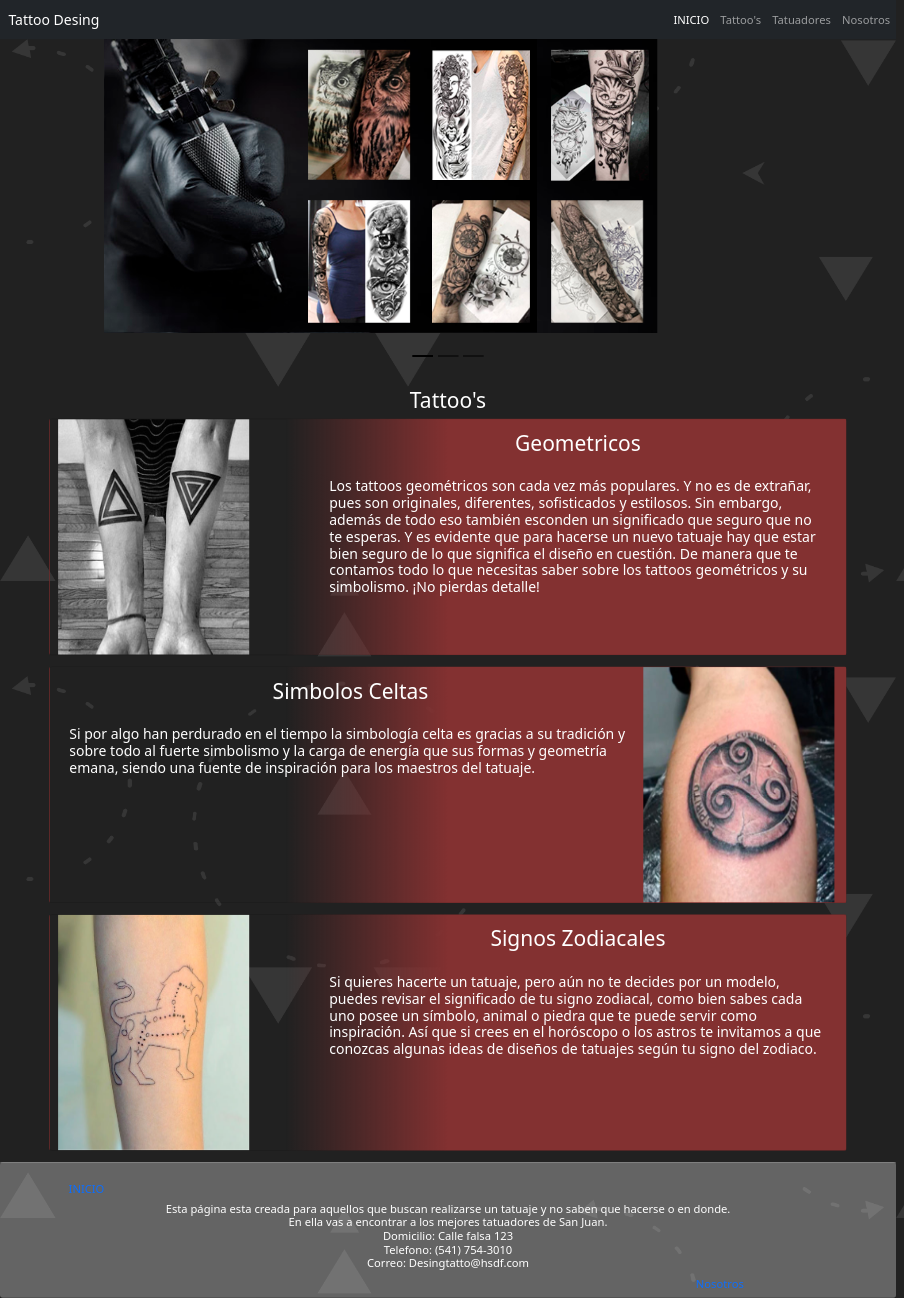
Repository: Vladimir-22/TatooDesign
Page: index.html
An editor plug-in stored every save of this project. The page is shown before and after the next save, followed by the edit.
The browser window is 1280 px wide. The page is 1292 px wide, so the pictures cover 1292 px, including what lies to the right of the window. The pictures show the whole page, at 70% of full size.
Some web libraries are served in a nearby version.

Above is the page before, as saved 2021-05-19 23:06:16.

### index.html
<!DOCTYPE html>
<html lang="es">
  <head>
    <meta charset="UTF-8" />
    <meta http-equiv="X-UA-Compatible" content="IE=edge" />
    <meta name="viewport" content="width=device-width, initial-scale=1.0" />
    <link
      href="https://cdn.jsdelivr.net/npm/bootstrap@5.0.0-beta3/dist/css/bootstrap.min.css"
      rel="stylesheet"
      integrity="sha384-eOJMYsd53ii+scO/bJGFsiCZc+5NDVN2yr8+0RDqr0Ql0h+rP48ckxlpbzKgwra6"
      crossorigin="anonymous"
    />
    <script
      src="https://cdn.jsdelivr.net/npm/bootstrap@5.0.0-beta3/dist/js/bootstrap.bundle.min.js"
      integrity="sha384-JEW9xMcG8R+pH31jmWH6WWP0WintQrMb4s7ZOdauHnUtxwoG2vI5DkLtS3qm9Ekf"
      crossorigin="anonymous"
    ></script>
    <script
      src="https://cdn.jsdelivr.net/npm/bootstrap@5.0.0-beta3/dist/js/bootstrap.bundle.min.js"
      integrity="sha384-JEW9xMcG8R+pH31jmWH6WWP0WintQrMb4s7ZOdauHnUtxwoG2vI5DkLtS3qm9Ekf"
      crossorigin="anonymous"
    ></script>
    <script
      src="https://cdn.jsdelivr.net/npm/@popperjs/core@2.9.1/dist/umd/popper.min.js"
      integrity="sha384-SR1sx49pcuLnqZUnnPwx6FCym0wLsk5JZuNx2bPPENzswTNFaQU1RDvt3wT4gWFG"
      crossorigin="anonymous"
    ></script>
    <script
      src="https://cdn.jsdelivr.net/npm/bootstrap@5.0.0-beta3/dist/js/bootstrap.min.js"
      integrity="sha384-j0CNLUeiqtyaRmlzUHCPZ+Gy5fQu0dQ6eZ/xAww941Ai1SxSY+0EQqNXNE6DZiVc"
      crossorigin="anonymous"
    ></script>
    <link
      rel="stylesheet"
      href="https://use.fontawesome.com/releases/v5.8.1/css/all.css"
      integrity="sha384-50oBUHEmvpQ+1lW4y57PTFmhCaXp0ML5d60M1M7uH2+nqUivzIebhndOJK28anvf"
      crossorigin="anonymous"
    />
    <link rel="stylesheet" href="css/styles.css" />
    <title>Tattoo Desing</title>
  </head>

  <body>
    <nav class="navbar navbar-expand-lg navbar-dark bg-dark">
      <div class="container-fluid">
        <!-- <i class="fas fa-bars"></i> -->

        <div class="col-md-9">
          <a class="navbar-brand" href="#">Tattoo Desing</a>

          <button
            class="navbar-toggler"
            type="button"
            data-bs-toggle="collapse"
            data-bs-target="#navbarNav"
            aria-controls="navbarNav"
            aria-expanded="false"
            aria-label="Toggle navigation"
          >
            <span class="navbar-toggler-icon"></span>
          </button>
        </div>

        <div class="col-md-3 collapse navbar-collapse" id="navbarNav">
          <ul class="navbar-nav">
            <li class="nav-item">
              <a class="nav-link active" aria-current="page" href="#">INICIO</a>
            </li>
            <li class="nav-item">
              <a class="nav-link" href="tattoo's.html">Tattoo's</a>
            </li>
            <li class="nav-item">
              <a class="nav-link" href="tatuadores.html">Tatuadores</a>
            </li>
            <li class="nav-item">
              <a
                class="nav-link"
                href="nosotros.html"
                tabindex="-1"
                aria-disabled="true"
                >Nosotros</a
              >
            </li>
          </ul>
        </div>
      </div>
    </nav>

    <div class="container">
      <div class="row" id="carrusel">
        <div
          id="carouselExampleDark"
          class="carousel carousel-dark slide"
          data-bs-ride="carousel"
        >
          <div class="carousel-indicators">
            <button
              type="button"
              data-bs-target="#carouselExampleDark"
              data-bs-slide-to="0"
              class="active"
              aria-current="true"
              aria-label="Slide 1"
            ></button>
            <button
              type="button"
              data-bs-target="#carouselExampleDark"
              data-bs-slide-to="1"
              aria-label="Slide 2"
            ></button>
            <button
              type="button"
              data-bs-target="#carouselExampleDark"
              data-bs-slide-to="2"
              aria-label="Slide 3"
            ></button>
          </div>

          <div class="carousel-inner">
            <div class="carousel-item active" data-bs-interval="10000">
              <img
                id="imgCarrusel"
                src="./Agos/Carrusel/trae-tu-diseño.png"
                class="d-block w-20"
                alt="..."
              />
              <!-- <div class="carousel-caption d-none d-md-block">
                            <h5>First slide label</h5>
                            <p>Some representative placeholder content for the first slide.</p>
                        </div> -->
            </div>
            <div class="carousel-item" data-bs-interval="4000">
              <img
                id="imgCarrusel"
                src="./Agos/Carrusel/Tendencias.png"
                class="d-block w-20"
                alt="..."
              />
              <!-- <div class="carousel-caption d-none d-md-block">
                            <h5>Second slide label</h5>
                            <p>Some representative placeholder content for the second slide.</p>
                        </div> -->
            </div>
            <div class="carousel-item" data-bs-interval="2000">
              <img
                id="imgCarrusel"
                src="./Agos/Carrusel/Tatuadores-banner.png"
                class="d-block w-20"
                alt="..."
              />
              <!-- <div class="carousel-caption d-none d-md-block">
                            <h5>Third slide label</h5>
                            <p>Some representative placeholder content for the third slide.</p>
                        </div> -->
            </div>
          </div>

          <!-- <button class="carousel-control-prev" type="button" data-bs-target="#carouselExampleDark" data-bs-slide="prev">
                  <span class="carousel-control-prev-icon" aria-hidden="true"></span>
                  <span class="visually-hidden">Previous</span>
                </button>
                <button class="carousel-control-next" type="button" data-bs-target="#carouselExampleDark" data-bs-slide="next">
                  <span class="carousel-control-next-icon" aria-hidden="true"></span>
                  <span class="visually-hidden">Next</span>
                </button> -->
        </div>
      </div>

      <div class="row section2 text-center">
        <h1>Tattoo's</h1>
      </div>

      <div class="row">
        <!-- <div class="card mb-3">
                <img src="./Pedro/Categorías - Signos Zodiacales/Simbolos Celtas.PNG" class="card-img-top" alt="...">
                <div class="card-body">
                    <h5 class="card-title">Card title</h5>
                    <p class="card-text">This is a wider card with supporting text below as a natural lead-in to additional content. This content is a little bit longer.</p>
                    <p class="card-text"><small class="text-muted">Last updated 3 mins ago</small></p>
                </div>
            </div> -->

        <div id="Geometricos" class="card mb-3" style="max-width: auto">
          <div class="row g-0">
            <div class="col-md-4">
              <img
                id="imagen"
                src="./Pedro/Categorías - descripcion inicio/Tatuajes Geometricos.jpg"
                alt="..."
              />
            </div>
            <div class="col-md-8">
              <div class="card-body">
                <h1 class="card-title">Geometricos</h1>
                <br />
                <h5 id="descrip-gral" class="card-text">
                  Los tattoos geométricos son cada vez más populares. Y no es de
                  extrañar, pues son originales, diferentes, sofisticados y
                  estilosos. Sin embargo, además de todo eso también esconden un
                  significado que seguro que no te esperas. Y es evidente que
                  para hacerse un nuevo tatuaje hay que estar bien seguro de lo
                  que significa el diseño en cuestión. De manera que te contamos
                  todo lo que necesitas saber sobre los tattoos geométricos y su
                  simbolismo. ¡No pierdas detalle!
                </h5>
                <!-- <p class="card-text"><small class="text-muted">Última actualización 3 minutos</small></p> -->
              </div>
            </div>
          </div>
        </div>

        <div id="Celtas" class="card mb-3" style="max-width: auto">
          <div class="row g-0">
            <div class="col-md-9">
              <div class="card-body">
                <h1 class="card-title">Simbolos Celtas</h1>
                <br />
                <h5 id="descrip-gral" class="card-text">
                  Si por algo han perdurado en el tiempo la simbología celta es
                  gracias a su tradición y sobre todo al fuerte simbolismo y la
                  carga de energía que sus formas y geometría emana, siendo una
                  fuente de inspiración para los maestros del tatuaje.
                </h5>
                <!-- <p class="card-text"><small class="text-muted">Última actualización 3 minutos</small></p> -->
              </div>
            </div>
            <div class="col-md-3">
              <img
                id="imagen"
                src="./Pedro/Categorías - descripcion inicio/Simbolos Celtas.jpg"
                alt="..."
              />
            </div>
          </div>
        </div>

        <div id="Zodiacales" class="card mb-3" style="max-width: auto">
          <div class="row g-0">
            <div class="col-md-4">
              <img
                id="imagen"
                src="./Pedro/Categorías - descripcion inicio/Signos Zodiacales.jpg"
                alt="..."
              />
            </div>
            <div class="col-md-8">
              <div class="card-body">
                <h1 class="card-title">Signos Zodiacales</h1>
                <br />
                <h5 id="descrip-gral" class="card-text">
                  Si quieres hacerte un tatuaje, pero aún no te decides por un
                  modelo, puedes revisar el significado de tu signo zodiacal,
                  como bien sabes cada uno posee un símbolo, animal o piedra que
                  te puede servir como inspiración. Así que si crees en el
                  horóscopo o los astros te invitamos a que conozcas algunas
                  ideas de diseños de tatuajes según tu signo del zodiaco.
                </h5>
                <!-- <p class="card-text"><small class="text-muted">Última actualización 3 minutos</small></p> -->
              </div>
            </div>
          </div>
        </div>
      </div>
    </div>
  </body>
  <footer>
    <div class="footer" id="footer">
      <div id="footer" class="card mb-3" style="auto"></div>
        <div class="container">
            <div class="row">
                <div class="col">
                        <a class="nav-link active" aria-current="page" href="#">INICIO</a>
                    </div>
                </div>
                <div class="col-md-2"></div>
            </div>
            <div class="row">
                <div class="col"></div>
                <div class="col-md-8">
                    <h6 id="descrip-gral" class="card-text">
                        Esta página esta creada para aquellos que buscan realizarse un
                        tatuaje y no saben que hacerse o en donde. <br>
                        En ella vas a encontrar a los mejores tatuadores de San Juan.<br>
                        Domicilio: Calle falsa 123<br>
                        Telefono: (541) 754-3010<br>
                        Correo: Desingtatto@hsdf.com<br>
                    </h6>
                </div>
                <div class="col"></div>
            </div>
            <div class="row">
                <div class="col"></div>
                <div class="col"></div>
                <div class="col-md-3">
                    <a class="nav-link" href="nosotros.html" tabindex="-1" aria-disabled="true" >Nosotros</a>
                </div>
            </div>
      </div>
    </div>
  </footer>
</html>

### css/styles.css
body {
    margin: 0 !important;
    padding: 0;
    position: relative;
    /*width: 1440px;
    height: 1024px;*/
    background: #212121;
    background-image: url(../Daniela/Background.png);
    background-position: center;
    background-size: contain;
    /* font-family: NanumGothic; */
}

.section2 {
    margin-top: 7%;
    color: white;
}

.section3 {
    margin-top: 3%;
    color: white;
}

h1 {
    font-size: 30px;
}

h2 {
    font-size: 21px;
}

h3 {
    font-size: 18px;
}

h1,
h2,
h3 {
    color: white;
    text-align: center;
}
h6{
    color: white;
    text-align: center;
    font-weight:100;
}


/*.card img {
    width: 30%;
    height: 30%;
    align-content: center;
} */

nav {
    position: absolute;
    left: 0% !important;
    right: 0% !important;
    top: 0% !important;
    bottom: 0% !important;
    background: #000000 !important;
}

.carousel-indicators {
    left: 0% !important;
    right: 0% !important;
    top: 105% !important;
    bottom: 0% !important;
    margin-top: 0% !important;
}

.carousel-inner {
    left: 6% !important;
    right: 0% !important;
    top: 0% !important;
}



#Geometricos,
#Celtas,
#Zodiacales{
    background: linear-gradient(270deg, #833131 50%, rgba(131, 49, 49, 0) 70.34%);
    border-radius: 4px;
}

#nosotros
{
    background: none;
}

#descrip-gral {
    color: white;
}

#imagen {
    width: 273px;
    height: 336px;
}

#Celtas #imagen {
    right: 100% !important;
    top: 660px;
}
#footer {
    background:  #f8f8f84f;
    border-radius: 4px;
}

After the next save:
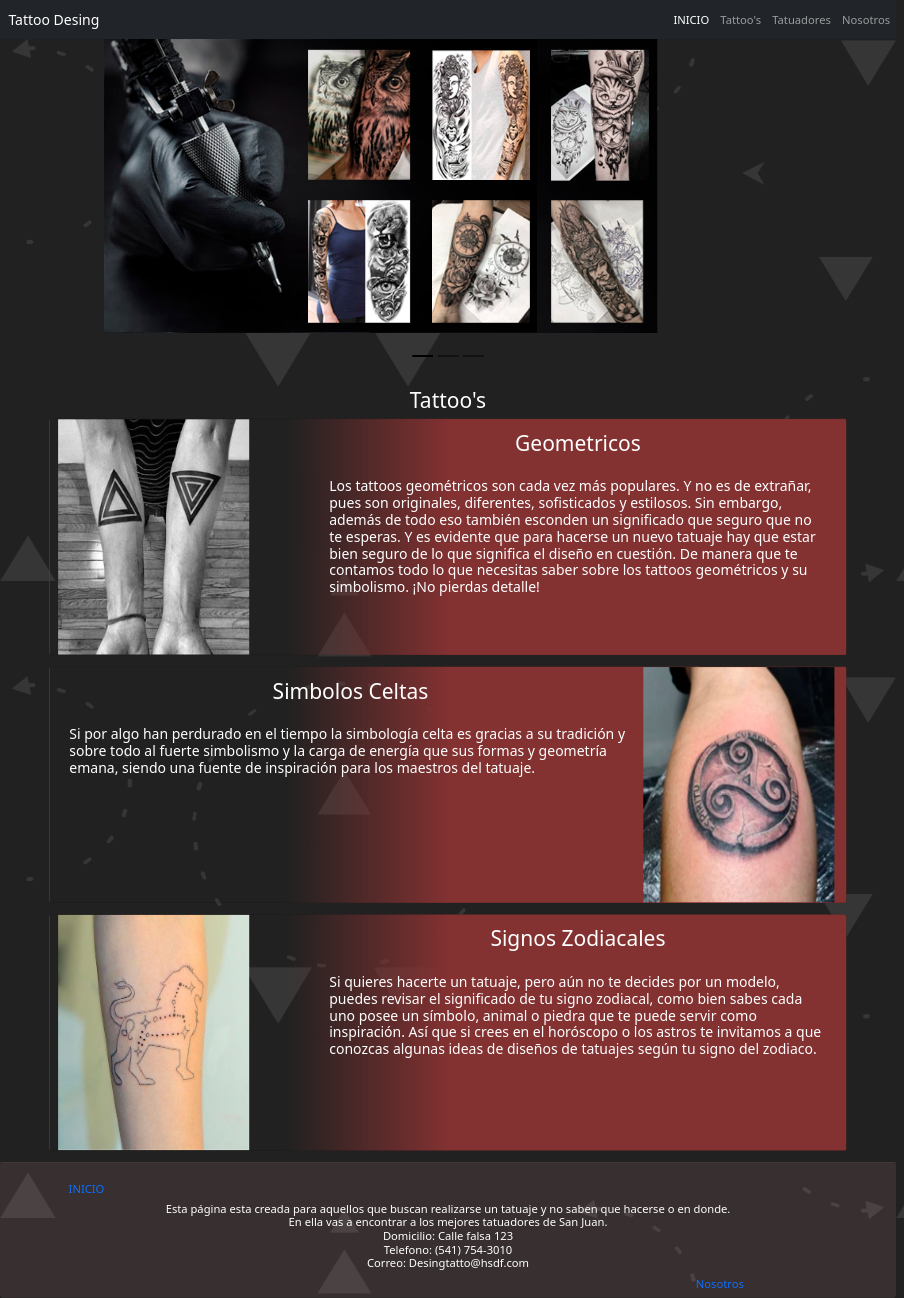
Saved 45 s later.
--- a/css/styles.css
+++ b/css/styles.css
@@ -103,6 +103,6 @@ nav {
     top: 660px;
 }
 #footer {
-    background:  #f8f8f84f;
+    background:  #f0acac1c;
     border-radius: 4px;
 }
